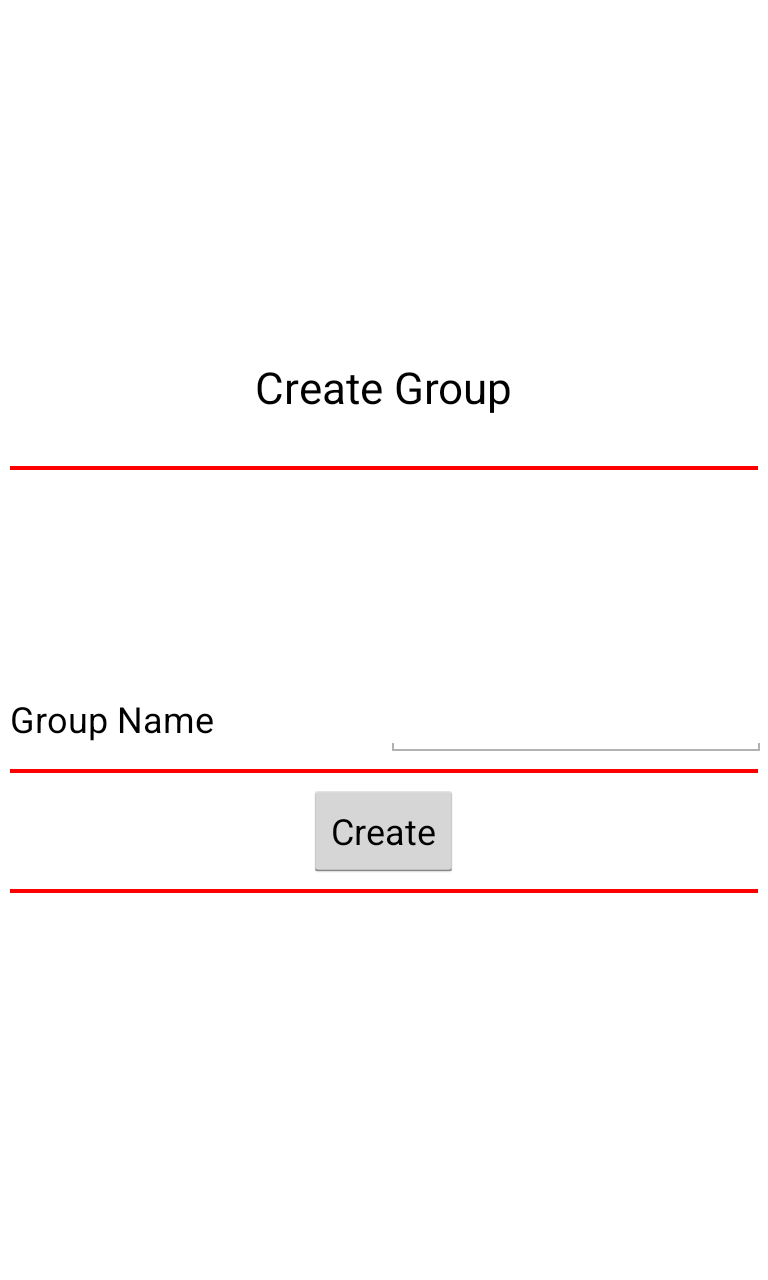
Repository: mansee8/Emergency-Service-Information-Provider
Layout: Emergency Service Information Provider/ESIP/ESIP/res/layout/create_group.xml
The author's editor kept a copy of each file at every save. The layout is drawn from the files as they stood at one save, then again after the next save.
It is drawn on a 768 x 1280 px phone screen (xhdpi) without system bars, with theme AppTheme; the app's code is not run.

Above is the layout before, as saved 2014-02-27 07:56:55.

After the next save:
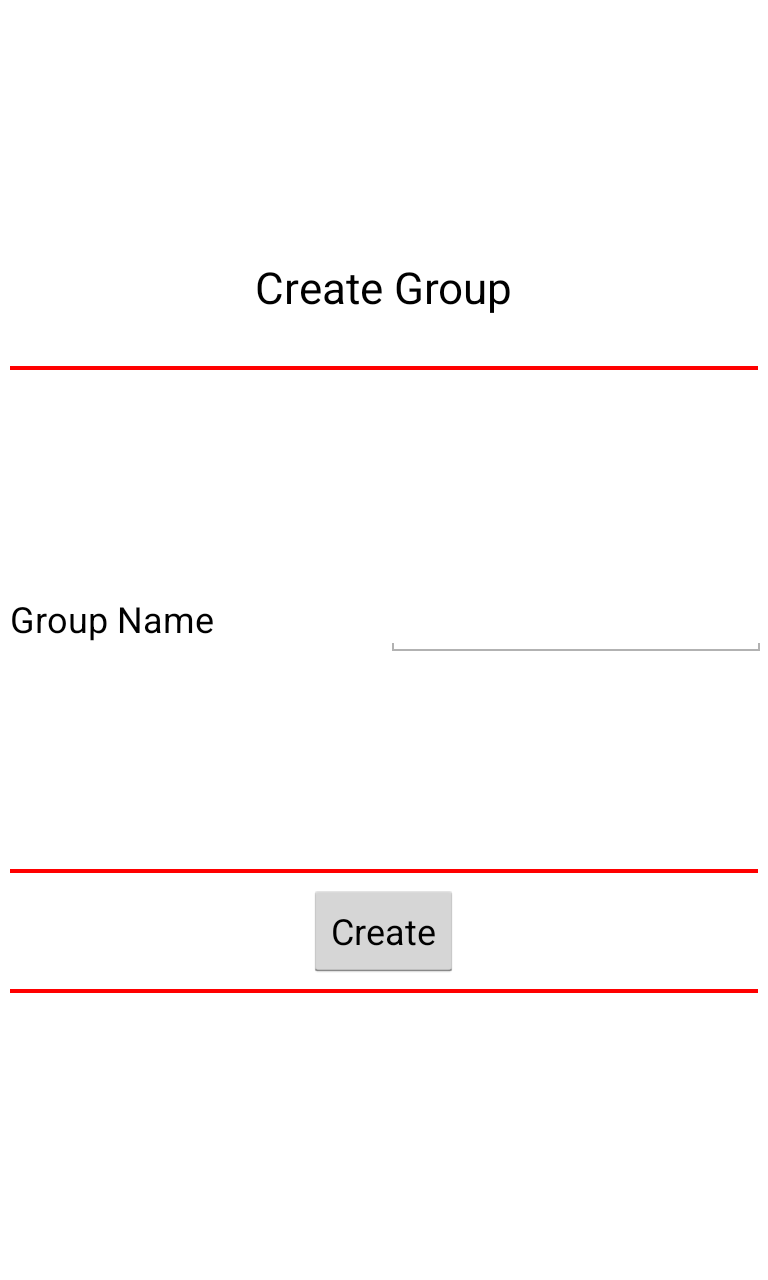
Saved 12 s later.
--- a/Emergency Service Information Provider/ESIP/ESIP/res/layout/create_group.xml
+++ b/Emergency Service Information Provider/ESIP/ESIP/res/layout/create_group.xml
@@ -22,7 +22,7 @@
         android:layout_width="fill_parent"
         android:layout_height="wrap_content"
         android:layout_marginTop="100dp"
-        android:layout_marginTop="100dp"
+        android:layout_marginBottom="100dp"
         android:orientation="horizontal" >
 
         <TextView
